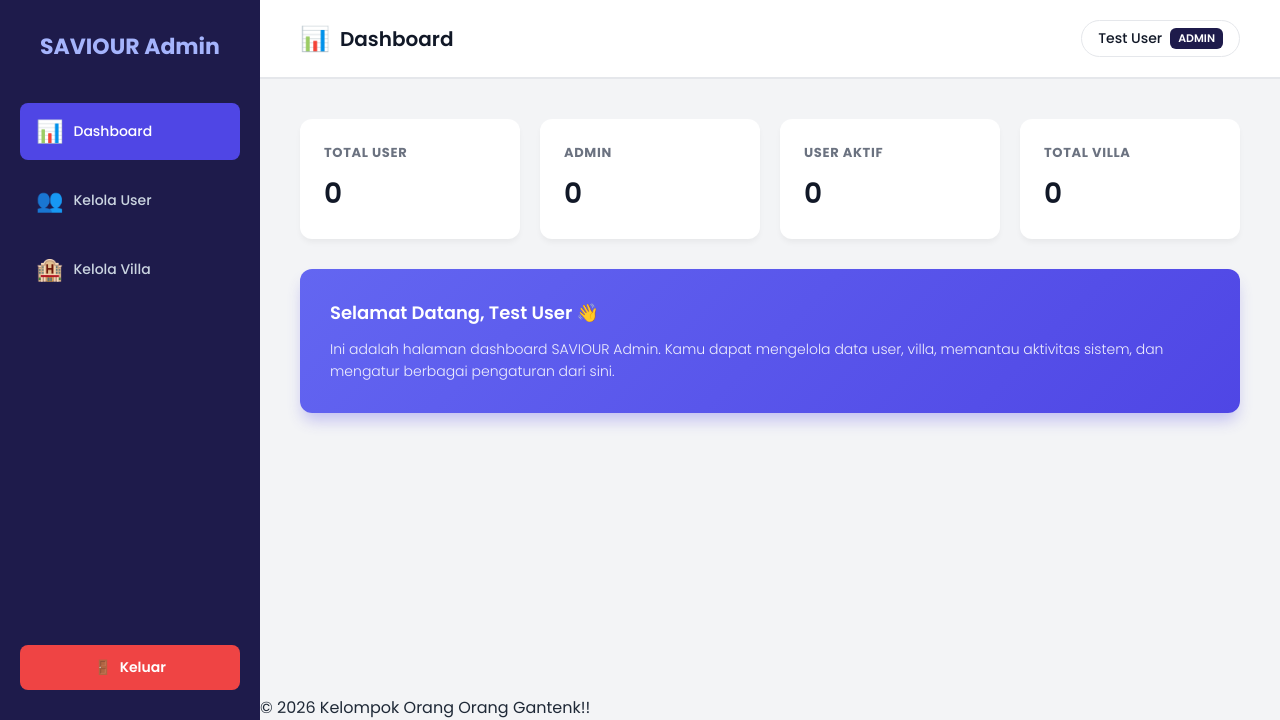
Repository: Risalagustian5/kelompok-rsr
Page: http://localhost/admin/dashboard
These files come from the project's save history. The page is drawn as it stood at one moment and after the next save; the edit follows.
The browser window is 1280 px wide. The pictures show the whole page.
The page is served by the project's Laravel application, run on PHP 8.4 with Laravel 12. A made-up administrator, Test User (test@example.com), is signed in. Other server files are loaded and not shown. Queries for data that is not in the repository find no rows.

Above is the page before, as saved 2026-07-12 22:26:45.

### routes/web.php
<?php
use App\Http\Controllers\PhotoController;
use Illuminate\Support\Facades\Route;
use App\Http\Controllers\AuthController;
use App\Http\Controllers\Api\VillaController;
use App\Http\Controllers\Api\BookingController;

// ── GUEST ONLY ──────────
Route::middleware('guest')->group(function () {
    Route::get('/',         [AuthController::class, 'showLogin']);
    Route::get('/login',    [AuthController::class, 'showLogin'])->name('login');
    Route::post('/login',   [AuthController::class, 'login']);
    Route::get('/register', [AuthController::class, 'showRegister'])->name('register');
    Route::post('/register',[AuthController::class, 'register']);
});

// ── LOGOUT ──────────────
Route::post('/logout', [AuthController::class, 'logout'])->name('logout')->middleware('auth');

// ════════════════════════════════════════════════════
// USER ROUTES (role: user)
// ════════════════════════════════════════════════════
Route::middleware(['auth', 'role:user'])->group(function () {
    Route::get('/dashboard', [AuthController::class, 'dashboard'])->name('dashboard');
    Route::get('/profile',   [AuthController::class, 'showProfile'])->name('profile');
    Route::post('/profile',  [AuthController::class, 'updateProfile'])->name('profile.update');
    Route::get('/tentang',   [AuthController::class, 'tentangKelompok'])->name('tentang');
    Route::get('/pengaturan',[AuthController::class, 'showPengaturan'])->name('pengaturan');
    Route::post('/pengaturan/password',[AuthController::class, 'updatePassword'])->name('pengaturan.password');

    // Villa (Blade)
    Route::get('/villas',       [VillaController::class, 'index'])->name('villas.index');
    Route::get('/villas/{id}',  [VillaController::class, 'show'])->name('villas.show');

    // Booking (Blade)
  // Pastikan baris ini ada:
    Route::post('/villas/{id}/book', [VillaController::class, 'storeBooking'])->name('villas.book');
    Route::get('/history',                [VillaController::class, 'historyBooking'])->name('history');
    Route::patch('/bookings/{id}/cancel', [VillaController::class, 'userCancelBooking'])->name('bookings.user.cancel');
});

// ════════════════════════════════════════════════════
// ADMIN ROUTES (role: admin)
// ════════════════════════════════════════════════════
Route::middleware(['auth', 'role:admin'])->prefix('admin')->name('admin.')->group(function () {
    Route::get('/dashboard', [AuthController::class, 'adminDashboard'])->name('dashboard');

    // Manajemen Users
    Route::get('/users',                        [AuthController::class, 'adminUsers'])->name('users');
    Route::get('/users/{user}/edit',            [AuthController::class, 'adminEditUser'])->name('users.edit');
    Route::put('/users/{user}',                 [AuthController::class, 'adminUpdateUser'])->name('users.update');
    Route::delete('/users/{user}',              [AuthController::class, 'adminDeleteUser'])->name('users.destroy');
    Route::post('/users/{user}/reset-password', [AuthController::class, 'adminResetPassword'])->name('users.reset-password');

    // Manajemen Villa (Blade)
    Route::get('/villas',           [VillaController::class, 'adminIndex'])->name('villas.index');
    Route::get('/villas/create',    [VillaController::class, 'create'])->name('villas.create');
    Route::post('/villas',          [VillaController::class, 'store'])->name('villas.store');
    Route::get('/villas/{id}/edit', [VillaController::class, 'edit'])->name('villas.edit');
    Route::put('/villas/{id}',      [VillaController::class, 'update'])->name('villas.update');
    Route::delete('/villas/{id}',   [VillaController::class, 'destroy'])->name('villas.destroy');

     // Upload Foto Villa
    Route::post('/photos', [PhotoController::class, 'store'])->name('photos.store');

    // Manajemen Pesanan (Booking) - pakai BookingController
    Route::get('/bookings',               [BookingController::class, 'adminBookings'])->name('bookings.index');
    Route::post('/bookings/{id}/confirm', [BookingController::class, 'confirmBooking'])->name('bookings.confirm');
    Route::patch('/bookings/{id}/cancel', [BookingController::class, 'cancelBooking'])->name('bookings.cancel');
    Route::delete('/bookings/{id}',       [BookingController::class, 'destroyBooking'])->name('bookings.destroy');
});

### app/Models/User.php
<?php
// FILE: app/Models/User.php

namespace App\Models;

use Illuminate\Database\Eloquent\Factories\HasFactory;
use Illuminate\Foundation\Auth\User as Authenticatable;
use Illuminate\Notifications\Notifiable;

class User extends Authenticatable
{
    use HasFactory, Notifiable;

    protected $fillable = [
        'name',
        'email',
        'password',
        'role',       // ← tambahkan ini
    ];

    protected $hidden = [
        'password',
        'remember_token',
    ];

    protected function casts(): array
    {
        return [
            'email_verified_at' => 'datetime',
            'password'          => 'hashed',
        ];
    }

    // ── Relasi ke Profile ────────────────────────────
    public function profile()
    {
        return $this->hasOne(Profile::class);
    }

    // ── Helper cek role ──────────────────────────────
    public function isAdmin(): bool
    {
        return $this->role === 'admin';
    }

    public function isUser(): bool
    {
        return $this->role === 'user';
    }
}

### app/Http/Controllers/AuthController.php
<?php

namespace App\Http\Controllers;

use Illuminate\Http\Request;
use Illuminate\Support\Facades\Auth;
use Illuminate\Support\Facades\Hash;
use App\Models\User;

class AuthController extends Controller
{
    // ── LOGIN & REGISTER ──
    public function showLogin()
    {
        return view('auth.login');
    }

    public function showRegister()
    {
        return view('auth.register');
    }

    public function register(Request $request)
    {
        $request->validate([
            'name'     => 'required|string|max:255',
            'email'    => 'required|email|unique:users,email',
            'password' => 'required|confirmed|min:6',
        ]);

        $user = User::create([
            'name'     => $request->name,
            'email'    => $request->email,
            'password' => Hash::make($request->password),
            'role'     => 'user', // default role
        ]);

        Auth::login($user);
        return redirect()->route('dashboard');
    }

    public function login(Request $request)
    {
        $request->validate([
            'email'    => 'required|email',
            'password' => 'required',
        ]);

        if (Auth::attempt(['email' => $request->email, 'password' => $request->password], $request->boolean('remember'))) {
            $request->session()->regenerate();
            return Auth::user()->role === 'admin'
                ? redirect()->route('admin.dashboard')
                : redirect()->route('dashboard');
        }
        return back()->withErrors(['email' => 'Email atau password salah.'])->onlyInput('email');
    }

    public function logout(Request $request)
    {
        Auth::logout();
        $request->session()->invalidate();
        $request->session()->regenerateToken();
        return redirect()->route('login');
    }

    // ── USER ROUTES ──
    public function dashboard()
    {
        return view('user.dashboard', ['user' => Auth::user()]);
    }

    public function showProfile()
    {
        return view('user.profile', ['user' => Auth::user()]);
    }

    public function updateProfile(Request $request)
    {
        $request->validate(['name' => 'required|string|max:255']);

        // UBAH Auth::user()->update(...) MENJADI:
        $request->user()->update(['name' => $request->name]);

        return back()->with('success', 'Profil berhasil diupdate!');
    }

    public function tentangKelompok()
    {
        $anggota = ['Rizal', 'Satria', 'Anggota Lain'];
        return view('user.tentang', compact('anggota'));
    }

   public function updatePassword(Request $request)
    {
        $request->validate([
            'password' => 'required|confirmed|min:6',
        ]);

        // PERBAIKAN: Ubah Auth::user()->update(...) menjadi $request->user()->update(...)
        $request->user()->update(['password' => Hash::make($request->password)]);

        return back()->with('success', 'Password berhasil diubah!');
    }
    // ── ADMIN ROUTES ──
    public function adminDashboard()
    {
        $totalUsers  = User::where('role', 'user')->count();
        $totalAdmins = User::where('role', 'admin')->count();
        return view('admin.dashboard', compact('totalUsers', 'totalAdmins'));
    }

    public function adminUsers()
    {
        $users = User::latest()->paginate(10);
        return view('admin.users', compact('users'));
    }

    public function adminEditUser(User $user)
    {
        return view('admin.edit-user', compact('user'));
    }

    public function adminUpdateUser(Request $request, User $user)
    {
        $request->validate([
            'name'  => 'required|string|max:255',
            'email' => 'required|email|unique:users,email,' . $user->id,
            'role'  => 'required|in:admin,user',
        ]);

        $user->update([
            'name'  => $request->name,
            'email' => $request->email,
            'role'  => $request->role,
        ]);

        return redirect()->route('admin.users')->with('success', 'Data user berhasil diperbarui!');
    }

    public function adminDeleteUser(User $user)
    {
        if ($user->id === Auth::id()) {
            return back()->withErrors(['error' => 'Tidak bisa menghapus akun sendiri.']);
        }
        $user->delete();
        return redirect()->route('admin.users')->with('success', 'User berhasil dihapus!');
    }
}

### resources/views/admin/dashboard.blade.php
<!DOCTYPE html>
<html lang="id">
<head>
  <meta charset="UTF-8" />
  <meta name="viewport" content="width=device-width, initial-scale=1.0"/>
  <title>Dashboard - SAVIOUR Admin</title>
  <link rel="stylesheet" href="{{ asset('css/ADMIN.css') }}" />
  <link href="https://fonts.googleapis.com/css2?family=Poppins:wght@300;400;500;600;700&display=swap" rel="stylesheet">
</head>
<body>

<div class="dashboard-wrapper">

  <aside class="sidebar">
    <div>
      <div class="sidebar-brand">
        <h3>SAVIOUR Admin</h3>
      </div>
      <ul class="sidebar-menu">
        <li class="active">
          <a href="{{ route('admin.dashboard') }}">
            <span class="menu-icon">📊</span> Dashboard
          </a>
        </li>
        <li>
          <a href="{{ route('admin.users') }}">
            <span class="menu-icon">👥</span> Kelola User
          </a>
        </li>
        <li>
          <a href="{{ route('admin.villas.index') }}">
            <span class="menu-icon">🏨</span> Kelola Villa
          </a>
        </li>
      </ul>
    </div>
    <div class="sidebar-footer">
      <form action="{{ route('logout') }}" method="POST">
        @csrf
        <button type="submit" class="btn-logout">
          <span>🚪</span> Keluar
        </button>
      </form>
    </div>
  </aside>

  <div class="main-content">

    <div class="content-header">
      <div class="content-header-left">
        <span class="page-icon">📊</span>
        <h2>Dashboard</h2>
      </div>
      <div class="user-profile">
        <span>{{ Auth::user()->name }}</span>
        <span class="badge-admin-header">ADMIN</span>
      </div>
    </div>

    <div class="content-body">

      <div class="cards-grid">
        <div class="card">
          <h4>Total User</h4>
          <p>{{ \App\Models\User::count() }}</p>
        </div>
        <div class="card">
          <h4>Admin</h4>
          <p>{{ \App\Models\User::where('role', 'admin')->count() }}</p>
        </div>
        <div class="card">
          <h4>User Aktif</h4>
          <p class="status-active">{{ \App\Models\User::where('role', 'user')->count() }}</p>
        </div>
        <div class="card">
          <h4>Total Villa</h4>
          <p>{{ \App\Models\Villa::count() }}</p>
        </div>
      </div>

      <div class="welcome-box">
        <h3>Selamat Datang, {{ Auth::user()->name }} 👋</h3>
        <p>Ini adalah halaman dashboard SAVIOUR Admin. Kamu dapat mengelola data user, villa, memantau aktivitas sistem, dan mengatur berbagai pengaturan dari sini.</p>
      </div>

    </div>

    <div class="footer">
      © 2026 Kelompok Orang Orang Gantenk!!
    </div>

  </div>
</div>

</body>
</html>

### app/Models/Villa.php
<?php

namespace App\Models;

use Illuminate\Database\Eloquent\Factories\HasFactory;
use Illuminate\Database\Eloquent\Model;

class Villa extends Model
{
    use HasFactory;

    protected $table = 'villas';

    protected $fillable = [
        'nama_villa',
        'harga',
        'lokasi',
        'deskripsi',
        'foto_url',
    ];

    public function bookings()
    {
        return $this->hasMany(Booking::class);
    }

    public function photos()
    {
        return $this->hasMany(Photo::class);
    }

}

### public/css/ADMIN-bootstrap.css
@import url('https://fonts.googleapis.com/css2?family=Poppins:wght@300;400;500;600;700&display=swap');

/* ===== RESET ===== */
* {
    margin: 0;
    padding: 0;
    box-sizing: border-box;
    font-family: 'Poppins', sans-serif;
}

body {
    background-color: #f3f4f6;
    color: #1f2937;
    overflow-x: hidden;
}

/* ===== LAYOUT ===== */
.dashboard-wrapper {
    display: flex;
    min-height: 100vh;
}

/* ===== SIDEBAR ===== */
.sidebar {
    width: 260px;
    background-color: #1e1b4b;
    color: #ffffff;
    display: flex;
    flex-direction: column;
    justify-content: space-between;
    padding: 30px 20px;
    position: fixed;
    height: 100vh;
}

.sidebar-brand h3 {
    font-size: 22px;
    font-weight: 700;
    text-align: center;
    margin-bottom: 40px;
    color: #a5b4fc;
}

.sidebar-menu {
    list-style: none;
    flex-grow: 1;
}

.sidebar-menu li {
    margin-bottom: 12px;
}

.sidebar-menu li a {
    display: flex;
    align-items: center;
    gap: 10px;
    padding: 12px 16px;
    color: #cbd5e1;
    text-decoration: none;
    font-weight: 500;
    border-radius: 8px;
    transition: all 0.3s ease;
    font-size: 14px;
    position: relative;
    overflow: hidden;
}

.sidebar-menu li a:hover,
.sidebar-menu li.active a {
    background-color: #4f46e5;
    color: #ffffff;
}

.sidebar-menu li a .menu-icon {
    font-size: 22px;
    transition: transform 0.3s ease;
}

.sidebar-menu li a:hover .menu-icon {
    transform: rotate(15deg) scale(1.1);
}

.btn-logout {
    width: 100%;
    padding: 12px;
    background-color: #ef4444;
    color: white;
    border: none;
    border-radius: 8px;
    font-weight: 600;
    cursor: pointer;
    transition: background 0.3s ease;
    font-size: 14px;
    display: flex;
    align-items: center;
    justify-content: center;
    gap: 8px;
}

.btn-logout:hover {
    background-color: #dc2626;
}

/* ===== MAIN CONTENT ===== */
.main-content {
    margin-left: 260px;
    flex-grow: 1;
    display: flex;
    flex-direction: column;
    min-height: 100vh;
}

/* ===== HEADER ===== */
.content-header {
    display: flex;
    justify-content: space-between;
    align-items: center;
    padding: 20px 40px;
    background-color: #ffffff;
    border-bottom: 2px solid #e5e7eb;
}

.content-header-left {
    display: flex;
    align-items: center;
    gap: 10px;
}

.content-header-left .page-icon {
    font-size: 24px;
    color: #4f46e5;
}

.content-header-left h2 {
    font-size: 20px;
    font-weight: 600;
    color: #111827;
}

.user-profile {
    display: flex;
    align-items: center;
    gap: 8px;
    background-color: #ffffff;
    border: 1px solid #e5e7eb;
    padding: 7px 16px;
    border-radius: 20px;
    font-weight: 500;
    font-size: 14px;
    color: #111827;
}

.badge-admin-header {
    background: #1e1b4b;
    color: #ffffff;
    font-size: 11px;
    font-weight: 600;
    padding: 2px 8px;
    border-radius: 6px;
}

/* ===== CONTENT BODY ===== */
.content-body {
    padding: 40px;
    flex: 1;
}

/* ===== CARDS GRID (Dashboard) ===== */
.cards-grid {
    display: grid;
    grid-template-columns: repeat(auto-fit, minmax(220px, 1fr));
    gap: 20px;
    margin-bottom: 30px;
}

.card {
    background-color: #ffffff;
    padding: 24px;
    border-radius: 12px;
    box-shadow: 0 4px 6px -1px rgba(0, 0, 0, 0.05);
    transition: transform 0.3s ease;
}

.card:hover {
    transform: translateY(-5px) scale(1.02);
}

.card h4 {
    color: #6b7280;
    font-size: 13px;
    margin-bottom: 10px;
    text-transform: uppercase;
    letter-spacing: 0.05em;
}

.card p {
    font-size: 28px;
    font-weight: 600;
    color: #111827;
}

/* ===== WELCOME BOX ===== */
.welcome-box {
    background: linear-gradient(135deg, #6366f1, #4f46e5);
    color: white;
    padding: 30px;
    border-radius: 12px;
    box-shadow: 0 10px 15px -3px rgba(79, 70, 229, 0.3);
}

.welcome-box h3 {
    margin-bottom: 12px;
    font-weight: 600;
    font-size: 18px;
}

.welcome-box p {
    font-weight: 300;
    line-height: 1.6;
    opacity: 0.9;
    font-size: 14px;
}

/* ===== TABLE CARD ===== */
.table-card {
    background-color: #ffffff;
    border-radius: 12px;
    box-shadow: 0 4px 6px -1px rgba(0, 0, 0, 0.05);
    overflow: hidden;
}

.table-wrapper {
    padding: 24px;
    overflow-x: auto;
}

table {
    width: 100%;
    border-collapse: collapse;
    font-size: 14px;
    min-width: 600px;
}

thead tr {
    border-bottom: 2px solid #f3f4f6;
}

thead th {
    text-align: left;
    font-weight: 600;
    font-size: 13px;
    color: #6b7280;
    padding: 0 16px 14px 16px;
    text-transform: uppercase;
}

tbody tr {
    border-bottom: 1px solid #f3f4f6;
    transition: background 0.15s;
}

tbody tr:hover {
    background-color: #f9fafb;
}

tbody td {
    padding: 14px 16px;
    color: #374151;
    vertical-align: middle;
}

/* ===== BADGES STATUS ===== */
.badge {
    display: inline-block;
    font-size: 11px;
    font-weight: 600;
    padding: 4px 10px;
    border-radius: 6px;
    text-transform: uppercase;
}

.badge-pending {
    background: #f59e0b;
    color: #fff;
}

.badge-confirmed {
    background: #059669;
    color: #fff;
}

.badge-cancelled {
    background: #ef4444;
    color: #fff;
}

/* ===== ACTION BUTTONS ===== */
.aksi-buttons {
    display: flex;
    gap: 8px;
    justify-content: center;
    align-items: center;
}

.btn {
    border: none;
    cursor: pointer;
    font-size: 13px;
    font-weight: 600;
    padding: 8px 16px;
    border-radius: 8px;
    transition: all 0.25s ease;
    font-family: 'Poppins', sans-serif;
    position: relative;
    overflow: hidden;
    color: #ffffff;
}

.btn:hover {
    transform: translateY(-2px) scale(1.05);
    opacity: 0.9;
}
.btn:active { transform: scale(0.95); }

/* Tombol Konfirmasi (Hijau) */
.btn-confirm {
    background: #059669;
    border: 1px solid #047857;
}
.btn-confirm:hover { background: #047857; }

/* Tombol Cancel (Oranye) */
.btn-cancel {
    background: #f59e0b;
    border: 1px solid #d97706;
}
.btn-cancel:hover { background: #d97706; }

/* Tombol Hapus (Merah) */
.btn-delete {
    background: #ef4444;
    border: 1px solid #dc2626;
}
.btn-delete:hover { background: #dc2626; }

/* Tombol Edit (Oranye, untuk Kelola Villa) */
.btn-edit {
    background: #f59e0b;
    border: 1px solid #d97706;
}
.btn-edit:hover { background: #d97706; }

Loaded but not shown: app/Http/Controllers/Controller.php (common file); public/css/ADMIN.css (351 lines, source omitted)

After the next save:
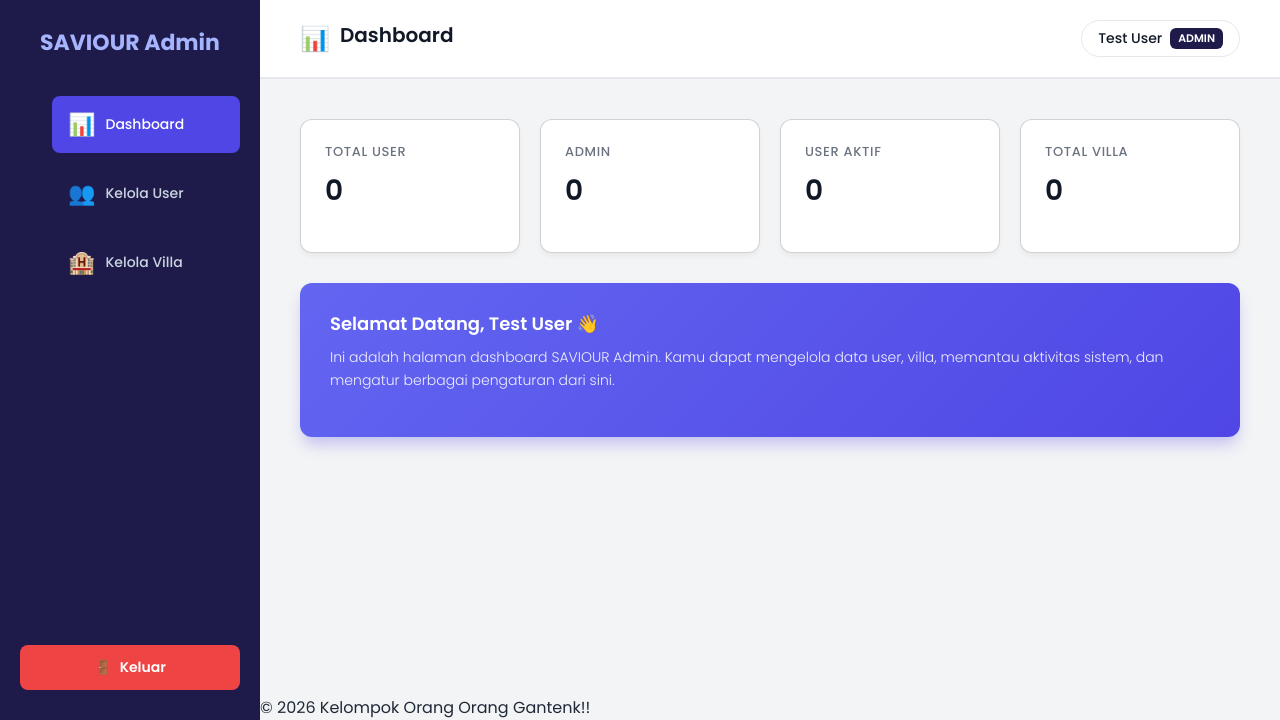
Saved 12 min 44 s later.
--- a/resources/views/admin/dashboard.blade.php
+++ b/resources/views/admin/dashboard.blade.php
@@ -4,7 +4,12 @@
   <meta charset="UTF-8" />
   <meta name="viewport" content="width=device-width, initial-scale=1.0"/>
   <title>Dashboard - SAVIOUR Admin</title>
-  <link rel="stylesheet" href="{{ asset('css/ADMIN.css') }}" />
+
+  {{-- Bootstrap 5 --}}
+  <link href="https://cdn.jsdelivr.net/npm/bootstrap@5.3.3/dist/css/bootstrap.min.css" rel="stylesheet">
+
+  {{-- Custom override agar tampilan tetap identik seperti versi asli --}}
+  <link rel="stylesheet" href="{{ asset('css/admin-bootstrap.css') }}" />
   <link href="https://fonts.googleapis.com/css2?family=Poppins:wght@300;400;500;600;700&display=swap" rel="stylesheet">
 </head>
 <body>
@@ -92,5 +97,6 @@
   </div>
 </div>
 
+<script src="https://cdn.jsdelivr.net/npm/bootstrap@5.3.3/dist/js/bootstrap.bundle.min.js"></script>
 </body>
 </html>
